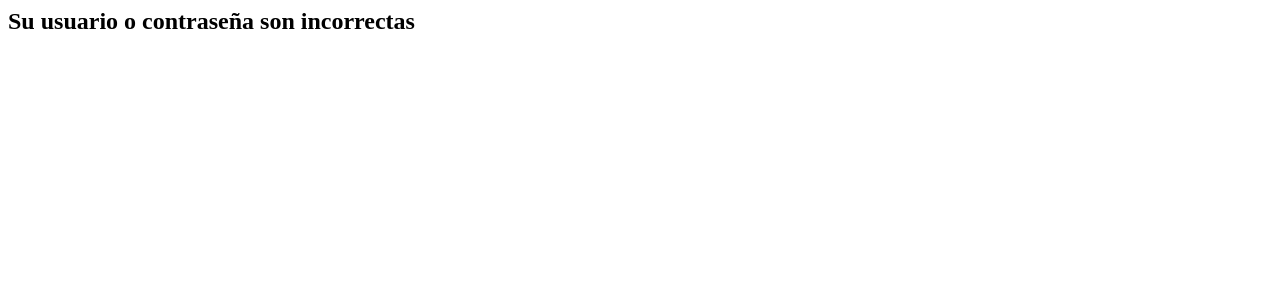
Repository: felipeverdugo/Java-y-Aplicaciones-Avanzadas-sobre-Internet
Page: http://localhost/Practica1Web40/LoginUsr
These files come from the project's save history. The page is drawn as it stood at one moment and after the next save; the edit follows.
The browser window is 1280 px wide. The pictures show the whole page.
The page is served by Tomcat 10.

Above is the page before, as saved 2024-03-20 13:27:10.

After the next save:
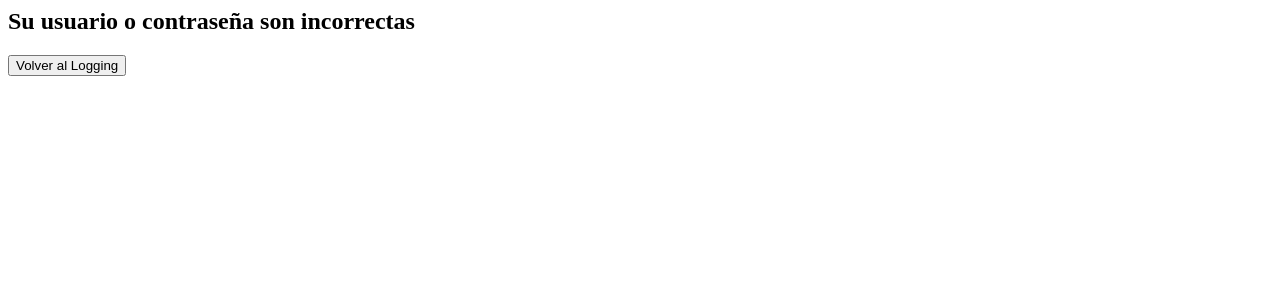
Saved 3 min 12 s later.
--- a/work/Practica1Web40/src/main/java/misServlets/LoginUsr.java
+++ b/work/Practica1Web40/src/main/java/misServlets/LoginUsr.java
@@ -62,7 +62,8 @@ public class LoginUsr extends HttpServlet {
 				out.println("</head>");
 				out.println("<body>");
 				out.println("<h2>Su usuario o contraseña son incorrectas </h2>");
-		        out.println("<meta http-equiv=\"refresh\" content=\"2; URL='login.html'\" />");
+			    out.println("<button onclick=\"window.location.href='otra_pagina.html';\">Volver al Logging</button>");
+//		        out.println("<meta http-equiv=\"refresh\" content=\"2; URL='login.html'\" />");
 				out.println("</body>");
 				out.println("</html>");
 				out.close();
